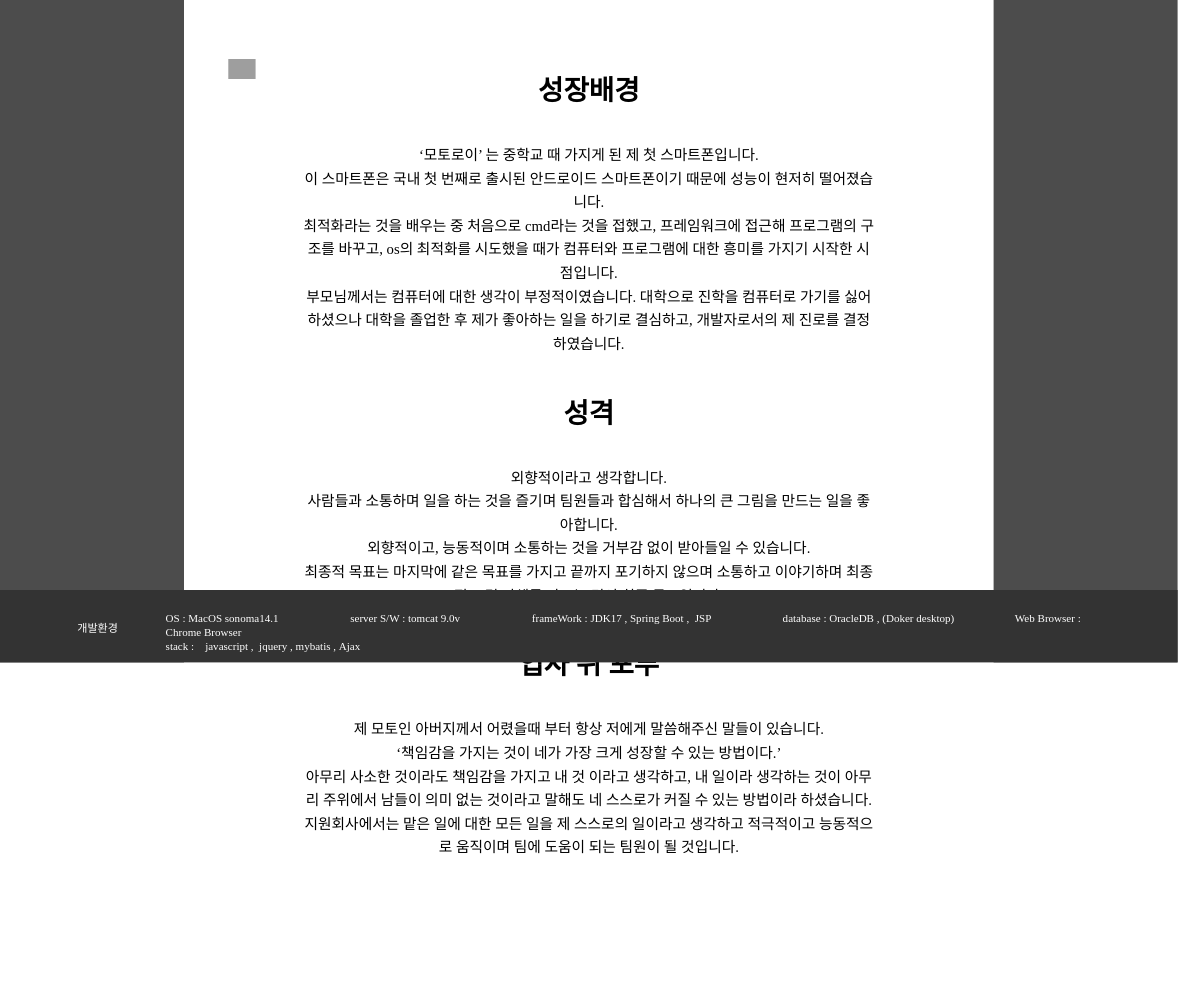
Repository: LeeHaNeul96/Leehaneul
Page: http://localhost/com.introduce/WEB-INF/views/more2.jsp
The author's editor kept a copy of each file at every save. The page is drawn from the files as they stood at one save, then again after the next save.
The browser window is 1280 px wide. The pictures show the whole page, at 92% of full size.
Pictures or frames that could not be fetched are drawn as grey boxes. The page is served by Tomcat 9. Nobody is signed in. The template is opened directly, without the code that normally fills it, so the values that code supplies are empty.

Above is the page before, as saved 2023-10-31 10:28:28.

After the next save:
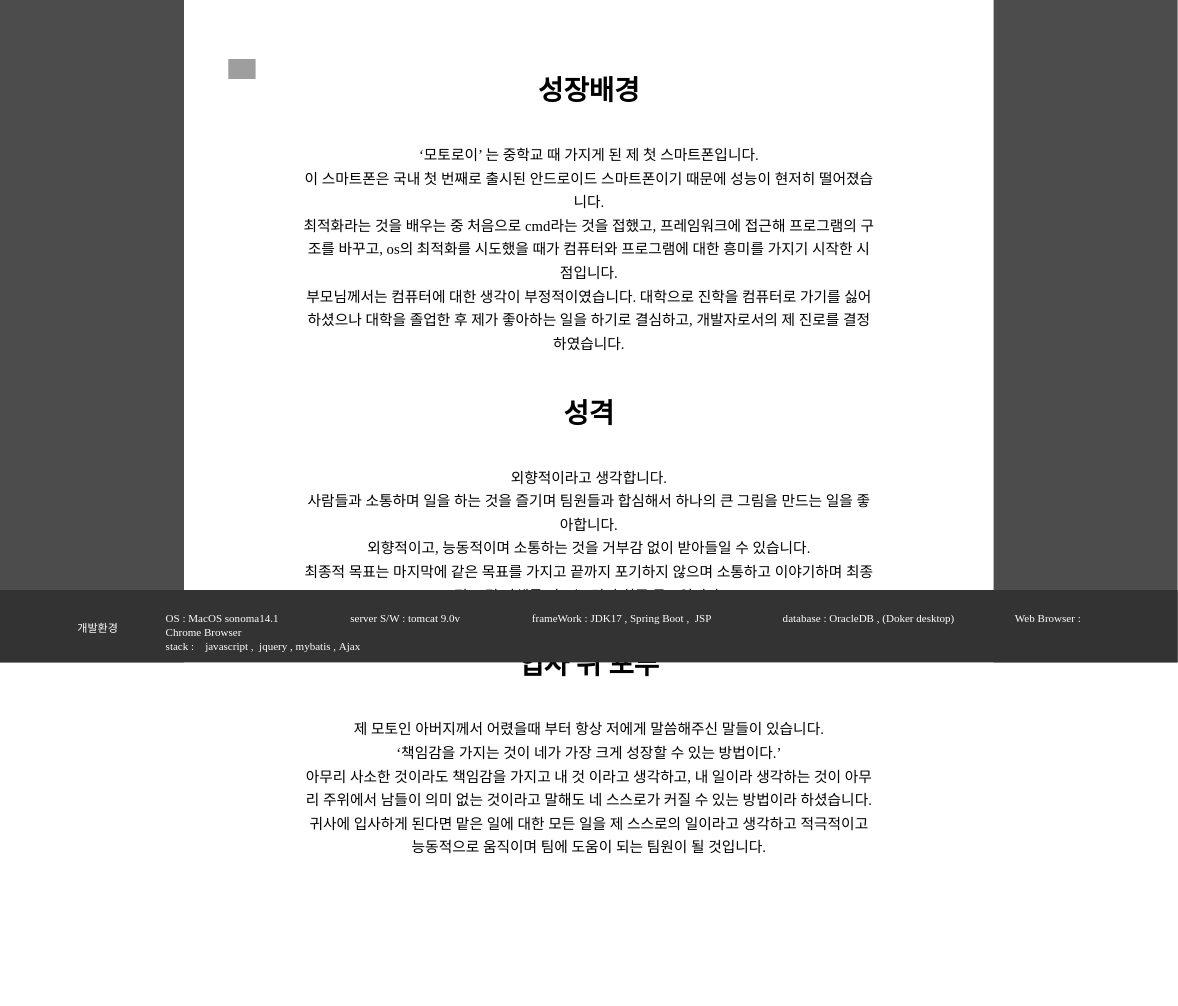
Saved 30 s later.
--- a/com.introduce/src/main/webapp/WEB-INF/views/more2.jsp
+++ b/com.introduce/src/main/webapp/WEB-INF/views/more2.jsp
@@ -133,7 +133,7 @@
 제 모토인 아버지께서 어렸을때 부터 항상 저에게 말씀해주신 말들이 있습니다.<br>
 ‘책임감을 가지는 것이 네가 가장 크게 성장할 수 있는 방법이다.’<br>
 아무리 사소한 것이라도 책임감을 가지고 내 것 이라고 생각하고, 내 일이라 생각하는 것이 아무리 주위에서 남들이 의미 없는 것이라고 말해도 네 스스로가 커질 수 있는 방법이라 하셨습니다.<br>
-지원회사에서는 맡은 일에 대한 모든 일을 제 스스로의 일이라고 생각하고 적극적이고 능동적으로 움직이며 팀에 도움이 되는 팀원이 될 것입니다.
+귀사에 입사하게 된다면 맡은 일에 대한 모든 일을 제 스스로의 일이라고 생각하고 적극적이고 능동적으로 움직이며 팀에 도움이 되는 팀원이 될 것입니다.
 
 </div>
 </div>
